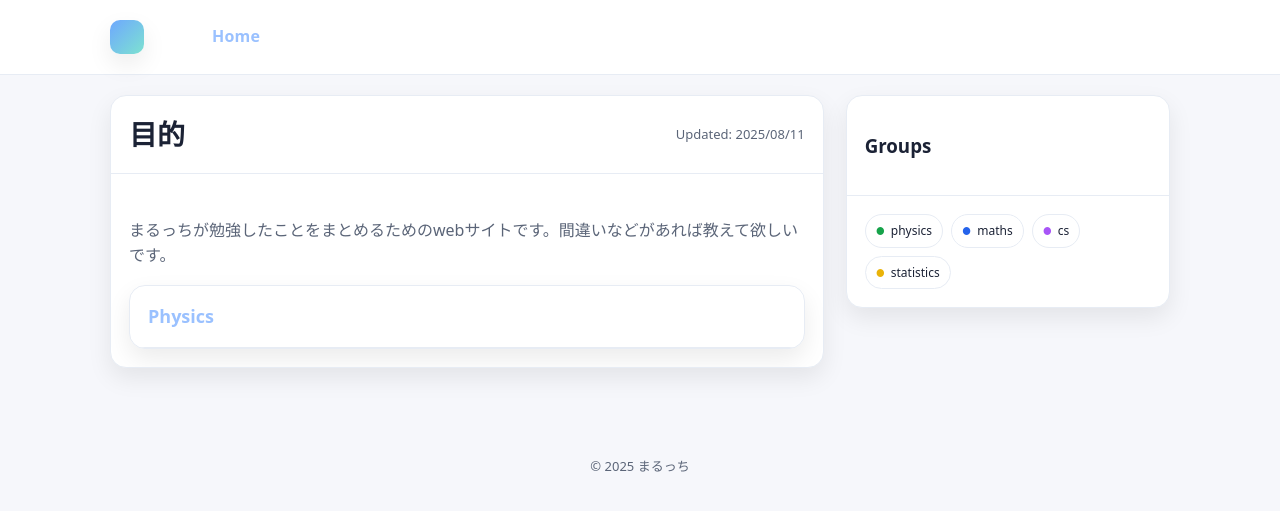
Repository: Riki-Mochimaru/tureduretunedune
Page: index.html
An editor plug-in stored every save of this project. The page is shown before and after the next save, followed by the edit.
The browser window is 1280 px wide. The pictures show the whole page.

Above is the page before, as saved 2025-08-12 00:06:57.

### index.html
<!DOCTYPE html>
<html lang="ja">
<head>
  <meta charset="utf-8" />
  <meta name="viewport" content="width=device-width, initial-scale=1" />
  <title>まるっちの おぼえがき— Home</title>
  <link rel="stylesheet" href="assets/styles.css">
</head>
<body>
  <header class="site">
    <div class="shell row">
      <div class="brand"><div class="brand-badge"></div><div><a href="./"　おぼえがき / Home</div></div>
      <nav>
        <a href="./">Home</a>
      </nav>
    </div>
  </header>

  <main class="shell">
    <section class="grid" aria-label="Articles and sidebar">
      <div>
        <article class="card post">
          <div class="hd">
            <h2>目的</h2>
            <div class="meta"><span>Updated: <time data-auto-updated datetime="">—</time></span></div>
          </div>
          <div class="bd">
            <p class="lead">まるっちが勉強したことをまとめるためのwebサイトです。間違いなどがあれば教えて欲しいです。</p>
            <div class="tags">
              <!-- <span class="tag" data-g="math"></span>
              <span class="tag" data-g="cs">#cs</span> -->
            </div>

            <!-- <h3>数式の例</h3>
            <div class="math">\\[ E = mc^2 \\]</div> -->
            <article class="card">
              <div class="hd"><h2 style="font-size:18px; margin:0;">
              <a href="physics/">Physics</a>
              </h2></div>
            </article>


          </div>
        </article>
      </div>

      <aside class="aside">
        <section class="card">
          <div class="hd"><h3>Groups</h3></div>
          <div class="bd">
            <div class="tags">
              <span class="tag" data-g="phys">physics</span>
              <span class="tag" data-g="math">maths</span>
              <span class="tag" data-g="cs">cs</span>
              <span class="tag" data-g="stats">statistics</span>
            </div>
          </div>
        </section>
      </aside>
    </section>
  </main>

  <footer class="site"><div class="shell">© 2025 まるっち</div></footer>

  <!-- 数式レンダリング（必要なら有効化） -->
  <script>
    window.MathJax = {
      tex: { inlineMath: [['$','$'], ['\\(','\\)']], displayMath: [['$$','$$'], ['\\[','\\]']] },
      options: { renderActions: { addMenu: [] } }
    };
  </script>
  <script src="https://cdn.jsdelivr.net/npm/mathjax@3/es5/tex-mml-chtml.js" async></script>
  <script>
    // Client-side: auto-fill "Updated" date from document.lastModified
    document.querySelectorAll('time[data-auto-updated]').forEach(t => {
      const d = new Date(document.lastModified);
      // ISO (yyyy-mm-dd)
      const iso = new Date(d.getTime() - d.getTimezoneOffset()*60000)
                    .toISOString().slice(0,10);
      t.setAttribute('datetime', iso);
      // Human-readable in Japanese (Asia/Tokyo)
      t.textContent = d.toLocaleDateString('ja-JP', {
        timeZone: 'Asia/Tokyo', year: 'numeric', month: '2-digit', day: '2-digit'
      });
    });
    </script>
</body>
</html>

### assets/styles.css
/* styles.css — Science Notes
   House style: British English prose; American English in code comments.
*/

/* =========================
   Design tokens
   ========================= */
   :root {
    --bg: #0b0c10;
    --surface: #0f1117;
    --card: #121520;
    --text: #e8ecf8;
    --subtle: #9aa3b2;
    --border: #1e2636;
    --brand: #6ea8fe;
    --accent: #7de2d1;
    --warn: #ffd166;
    --danger: #ff6b6b;
    --radius: 16px;
    --shadow: 0 10px 24px rgba(0,0,0,.35), 0 1px 0 rgba(255,255,255,.04) inset;
    --font-sans: ui-sans-serif, system-ui, -apple-system, Segoe UI, Roboto, Noto Sans JP, "Helvetica Neue", Arial;
    --font-mono: ui-monospace, SFMono-Regular, Menlo, Monaco, Consolas, "Liberation Mono", monospace;
  }
  @media (prefers-color-scheme: light) {
    :root {
      --bg: #f6f7fb; --surface: #ffffff; --card: #ffffff; --text: #1b2235; --subtle: #5b6578; --border: #e7ecf4;
      --shadow: 0 10px 24px rgba(0,0,0,.08);
    }
  }

  /* Base */
  *, *::before, *::after { box-sizing: border-box; }
  html, body { height: 100%; }
  body { margin: 0; font-family: var(--font-sans); background: var(--bg); color: var(--text); line-height: 1.6; }
  /* Accessible link look */
  a { color: #9ac1ff; text-decoration: none; }
  a:hover { text-decoration: underline; }

  /* Header */
  header.site { position: sticky; top: 0; z-index: 10; background: color-mix(in oklab, var(--surface) 92%, transparent); border-bottom: 1px solid var(--border); backdrop-filter: blur(6px); }
  .shell { max-width: 1100px; margin: 0 auto; padding: 20px; }
  .row { display: grid; grid-template-columns: 1fr auto; align-items: center; gap: 16px; }
  .brand { display: flex; align-items: center; gap: 12px; font-weight: 800; letter-spacing: .2px; }
  .brand-badge { width: 34px; height: 34px; border-radius: 10px; background: linear-gradient(135deg, var(--brand), var(--accent)); box-shadow: var(--shadow); }
  nav a { margin-left: 16px; font-weight: 600; }

  /* Layout */
  main { padding-top: 10px; }
  .grid { display: grid; grid-template-columns: 2.2fr 1fr; gap: 22px; align-items: start; }
  @media (max-width: 980px) { .grid { grid-template-columns: 1fr; } }

  /* Cards */
  .card { background: var(--card); border: 1px solid var(--border); border-radius: var(--radius); box-shadow: var(--shadow); overflow: clip; }
  .card .hd { padding: 16px 18px; border-bottom: 1px solid var(--border); display:flex; align-items:center; justify-content: space-between; }
  .card .bd { padding: 18px; }

  /* Tag/Group chips */
  .tags { display:flex; flex-wrap: wrap; gap: 8px; }
  .tag { --c: #334155; color: var(--text); font-size: 12px; padding: 6px 10px; border: 1px solid var(--border); border-radius: 999px; background: color-mix(in oklab, var(--card) 88%, transparent); }
  .tag[data-g="math"]   { --c: #2563eb; }
  .tag[data-g="phys"]   { --c: #16a34a; }
  .tag[data-g="cs"]     { --c: #a855f7; }
  .tag[data-g="stats"]  { --c: #eab308; }
  .tag[data-g="ethics"] { --c: #ef4444; }
  .tag::before { content: "●"; font-size: 10px; margin-right: 6px; color: var(--c); }

  /* Article */
  article.post { display: grid; gap: 10px; }
  article.post h2 { margin: 0; font-size: clamp(20px, 2.6vw, 28px); }
  .meta { color: var(--subtle); font-size: 13px; display:flex; gap: 12px; flex-wrap: wrap; }
  .lead { color: var(--subtle); }

  /* Math blocks (TeX text before JS render) */
  .math { font-family: var(--font-mono); background: color-mix(in oklab, var(--card) 90%, transparent); border: 1px dashed var(--border); border-radius: 10px; padding: 10px 12px; overflow:auto; }
  .eqno { float: right; color: var(--subtle); margin-left: 8px; }

  /* Comment UI (static) */
  .comments { margin-top: 8px; border-top: 1px dashed var(--border); padding-top: 10px; }
  .comment { display: grid; grid-template-columns: 40px 1fr; gap: 10px; padding: 12px 0; }
  .comment + .comment { border-top: 1px dashed var(--border); }
  .avatar { width: 40px; height: 40px; border-radius: 50%; background: linear-gradient(135deg, var(--brand), var(--accent)); display:grid; place-items:center; font-weight: 800; color: #0008; }
  .who { font-weight: 700; }
  .when { color: var(--subtle); font-size: 12px; }

  /* Simple form look (non-functional without JS/backend) */
  .form { display: grid; gap: 10px; background: color-mix(in oklab, var(--card) 90%, transparent); border: 1px solid var(--border); border-radius: 12px; padding: 12px; }
  .input, .textarea { width: 100%; padding: 10px 12px; border-radius: 10px; border: 1px solid var(--border); background: var(--surface); color: var(--text); outline: none; }
  .input:focus, .textarea:focus { box-shadow: 0 0 0 6px #2a5fff33; }
  .btn { display: inline-flex; align-items: center; justify-content: center; gap: 8px; padding: 10px 14px; font-weight: 700; border-radius: 10px; border: 1px solid var(--border); background: linear-gradient(180deg, var(--brand), #4d86f7); color: #fff; cursor: not-allowed; opacity: .8; }
  .hint { font-size: 12px; color: var(--subtle); }

  /* Aside */
  .aside .card + .card { margin-top: 18px; }
  .list { display: grid; gap: 10px; }

  /* Footer */
  footer.site { margin-top: 28px; color: var(--subtle); font-size: 13px; text-align: center; padding: 20px 0 40px; }

  /* Print */
  @media print {
    header.site, footer.site { display:none; }
    .card { box-shadow: none; border-color: #ccc; }
    a { color: #000; text-decoration: none; }
  }

After the next save:
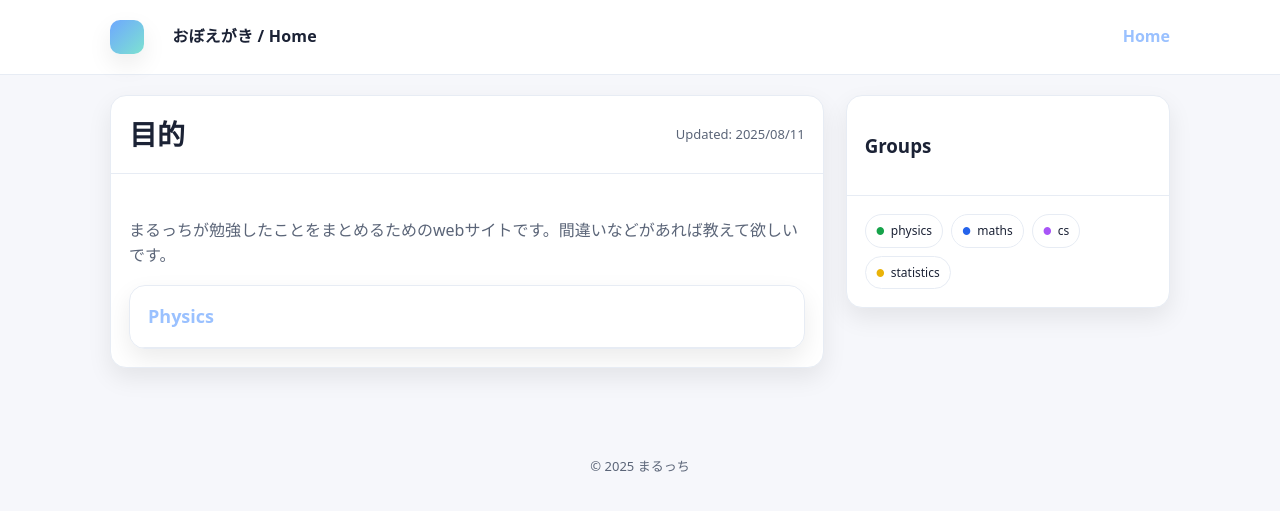
Saved 5 s later.
--- a/index.html
+++ b/index.html
@@ -9,7 +9,7 @@
 <body>
   <header class="site">
     <div class="shell row">
-      <div class="brand"><div class="brand-badge"></div><div><a href="./"　おぼえがき / Home</div></div>
+      <div class="brand"><div class="brand-badge"></div><div><a href="./"></a>　おぼえがき / Home</div></div>
       <nav>
         <a href="./">Home</a>
       </nav>
